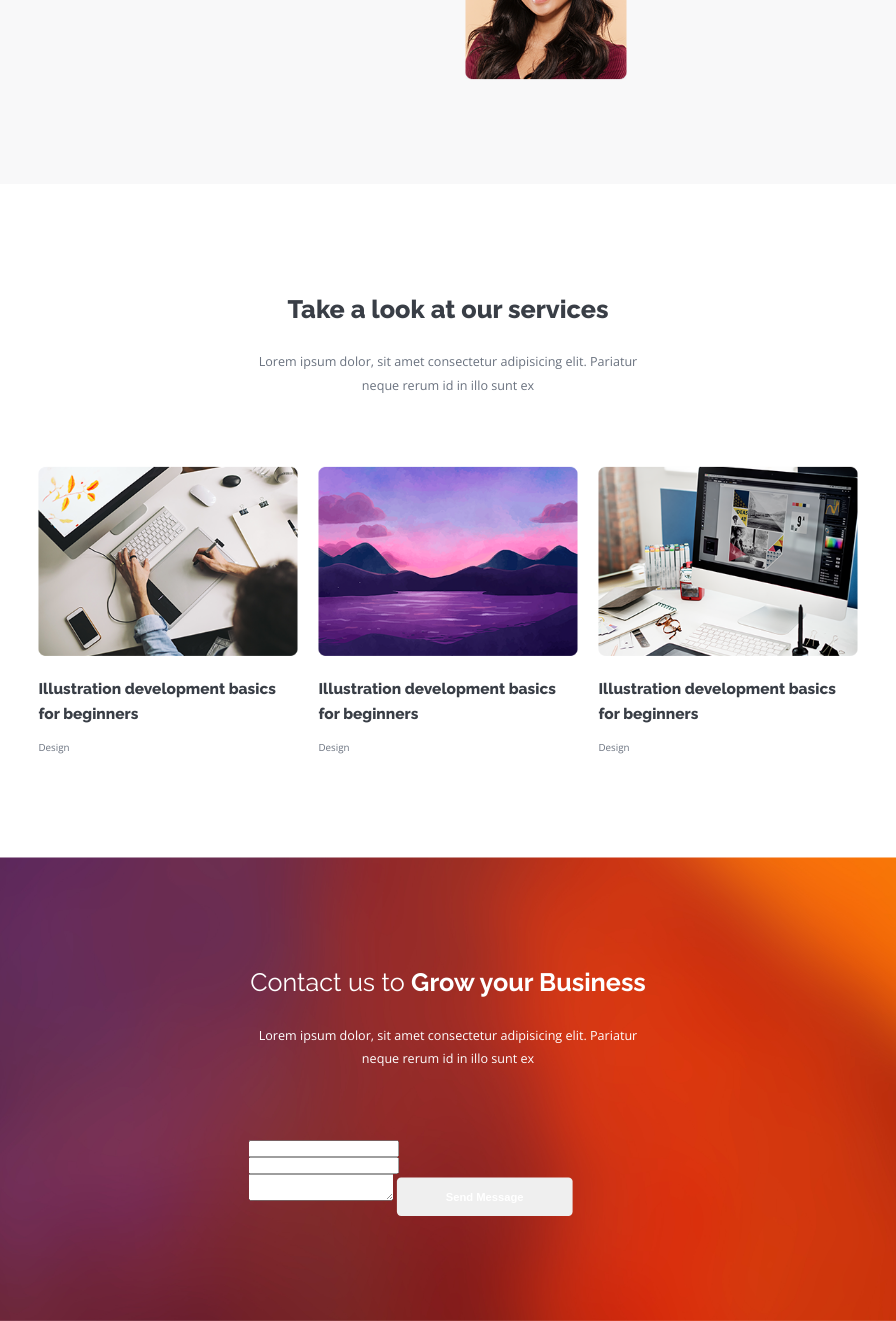
Repository: huydev0401/octavian-1
Page: index.html
An editor plug-in stored every save of this project. The page is shown before and after the next save, followed by the edit.
The browser window is 1280 px wide. The pictures show the part of the page from y = 4550 to 6470 px (the page is 6437 px tall before and 6470 px after), at 70% of full size.
The style sheet was rebuilt from its Sass, Less or Tailwind sources for each picture, by a compiler version that may differ from the author's.

Above is the page before, as saved 2021-09-02 15:28:46.

### index.html
<!DOCTYPE html>
<html lang="en">
  <head>
    <meta charset="UTF-8" />
    <meta http-equiv="X-UA-Compatible" content="IE=edge" />
    <meta name="viewport" content="width=device-width, initial-scale=1.0" />
    <title>Octavian 1</title>
    <link rel="preconnect" href="https://fonts.googleapis.com">
    <link rel="preconnect" href="https://fonts.gstatic.com" crossorigin>
    <link
        href="https://fonts.googleapis.com/css2?family=Open+Sans:ital,wght@0,300;0,400;0,600;1,700&family=Raleway:wght@400;600;700;800&display=swap"
        rel="stylesheet">
    <link href="https://unpkg.com/ionicons@4.5.10-0/dist/css/ionicons.min.css" rel="stylesheet">
    <link rel="stylesheet" href="./css/app.css">
  </head>
  <body>
    <div class="wrapper">
        <header class="header">
            <div class="container">
                <div class="header-main">
                    <a href="index.html" class="header-logo">
                        <img src="./images/logo.png" alt="">
                    </a>
                    <div class="navigation">
                        <span class="header-phone">
                            Phone: <a href="tel: +055 - 951 237 851">+055 - 951 237 851</a>
                        </span>
                        <img src="./images/icon-search.png" alt="" class="icon-search">
                        <img src="./images/icon-bars.png" alt="" class="menu-toogle">
                    </div>
                </div>
            </div>
        </header>
        <main class="main">
            <section class="hero">
                <img src="./images/img1.png" alt="" class="hero-image">
                <div class="hero-content">
                    <h2 class="hero-caption">
                        creative & digital
                    </h2>
                    <h1 class="hero-heading">
                        Agency
                    </h1>
                    <a href="#" class="hero-link">Purchase Now</a>
                </div>
            </section>
            <section class="portfolio">
                <div class="container">
                   <div class="portfolio-list">
                        <div class="portfolio-column">
                            <div class="portfolio-item">
                                <a href="#" class="portfolio-image">
                                    <img src="./images/img2.png" alt="">
                                </a>
                                <h3>
                                    <a class="portfolio-title title" href="#">Campaign of exhibition of architectural field</a>
                                </h3>
                                <span>
                                    <a href="#" class="portfolio-category text--small">Brand</a>
                                </span>
                            </div>
                            <div class="portfolio-item">
                                <a href="#" class="portfolio-image">
                                    <img src="./images/img3.png" alt="">
                                </a>
                                <h3>
                                    <a class="portfolio-title title" href="#">Campaign of exhibition of architectural field</a>
                                </h3>
                                <span>
                                    <a href="#" class="portfolio-category text--small">Brand</a>
                                </span>
                            </div>
                            <div class="portfolio-item">
                                <a href="#" class="portfolio-image">
                                    <img src="./images/img4.png" alt="">
                                </a>
                                <h3>
                                    <a class="portfolio-title title" href="#">Campaign of exhibition of architectural field</a>
                                </h3>
                                <span>
                                    <a href="#" class="portfolio-category text--small">Brand</a>
                                </span>
                            </div>
                        </div>
                        <div class="portfolio-column">
                            <div class="portfolio-item">
                                <a href="#" class="portfolio-image">
                                    <img src="./images/img5.png" alt="">
                                </a>
                                <h3>
                                    <a class="portfolio-title title" href="#">Campaign of exhibition of architectural field</a>
                                </h3>
                                <span>
                                    <a href="#" class="portfolio-category text--small">Brand</a>
                                </span>
                            </div>
                            <div class="portfolio-item">
                                <a href="#" class="portfolio-image">
                                    <img src="./images/img6.png" alt="">
                                </a>
                                <h3>
                                    <a class="portfolio-title title" href="#">Campaign of exhibition of architectural field</a>
                                </h3>
                                <span>
                                    <a href="#" class="portfolio-category text--small">Brand</a>
                                </span>
                            </div>
                            <div class="portfolio-item">
                                <a href="#" class="portfolio-image">
                                    <img src="./images/img7.png" alt="">
                                </a>
                                <h3>
                                    <a class="portfolio-title title" href="#">Campaign of exhibition of architectural field</a>
                                </h3>
                                <span>
                                    <a href="#" class="portfolio-category text--small">Brand</a>
                                </span>
                            </div>
                            <div class="portfolio-item">
                                <a href="#" class="portfolio-image">
                                    <img src="./images/img8.png" alt="">
                                </a>
                                <h3>
                                    <a class="portfolio-title title" href="#">Campaign of exhibition of architectural field</a>
                                </h3>
                                <span>
                                    <a href="#" class="portfolio-category text--small">Brand</a>
                                </span>
                            </div>
                        </div>
                        <div class="portfolio-column">
                            <div class="portfolio-item">
                                <a href="#" class="portfolio-image">
                                    <img src="./images/img9.png" alt="">
                                </a>
                                <h3>
                                    <a class="portfolio-title title" href="#">Campaign of exhibition of architectural field</a>
                                </h3>
                                <span>
                                    <a href="#" class="portfolio-category text--small">Brand</a>
                                </span>
                            </div>
                            <div class="portfolio-item">
                                <a href="#" class="portfolio-image">
                                    <img src="./images/img10.png" alt="">
                                </a>
                                <h3>
                                    <a class="portfolio-title title" href="#">Campaign of exhibition of architectural field</a>
                                </h3>
                                <span>
                                    <a href="#" class="portfolio-category text--small">Brand</a>
                                </span>
                            </div>
                            <div class="portfolio-item">
                                <a href="#" class="portfolio-image">
                                    <img src="./images/img11.png" alt="">
                                </a>
                                <h3>
                                    <a class="portfolio-title title" href="#">Campaign of exhibition of architectural field</a>
                                </h3>
                                <span>
                                    <a href="#" class="portfolio-category text--small">Brand</a>
                                </span>
                            </div>
                        </div>
                   </div>
                   <a href="#" class="btn btn--primary portfolio-link">Get Started</a>
                </div>
            </section>
            <section class="partner">
                <div class="container">
                    <div class="partner-list">
                        <a href="#" class="partner-item">
                            <img src="./images/logo1.png" alt="">
                        </a>
                        <a href="#" class="partner-item">
                            <img src="./images/logo2.png" alt="">
                        </a>
                        <a href="#" class="partner-item">
                            <img src="./images/logo3.png" alt="">
                        </a>
                        <a href="#" class="partner-item">
                            <img src="./images/logo4.png" alt="">
                        </a>
                        <a href="#" class="partner-item">
                            <img src="./images/logo5.png" alt="">
                        </a>
                        <a href="#" class="partner-item">
                            <img src="./images/logo6.png" alt="">
                        </a>
                        <a href="#" class="partner-item">
                            <img src="./images/logo7.png" alt="">
                        </a>
                        <a href="#" class="partner-item">
                            <img src="./images/logo8.png" alt="">
                        </a>
                    </div>
                </div>
            </section>
            <section class="team">
                <div class="container">
                   <div class="team-main">
                        <div class="team-content">
                            <h2 class="team-heading heading">
                                Our team will be Happy to help you
                            </h2>
                            <p class="team-desc text">
                                Lorem ipsum dolor sit amet consectetur adipisicing elit. Mollitia sapiente perferendis architecto repudiandae
                            </p>
                            <a href="#" class="btn btn--primary team-link">Get Started</a>
                        </div>
                        <div class="team-images">
                            <div class="team-column">
                                <a href="#" class="team-image">
                                    <img src="./images/team1.png" alt="">
                                </a>
                                <a href="#" class="team-image">
                                    <img src="./images/team2.png" alt="" class="team-image2">
                                </a>
                            </div>
                            <div class="team-column">
                                <a href="#" class="team-image">
                                    <img src="./images/team3.png" alt="">
                                </a>
                            </div>
                        </div>
                   </div>
                </div>
            </section>
            <section class="blog">
                <div class="container">
                    <div class="blog-header">
                        <h2 class="blog-heading heading">
                            Take a look at our services
                        </h2>
                        <p class="blog-desc text">
                            Lorem ipsum dolor, sit amet consectetur adipisicing elit. Pariatur neque rerum id in illo sunt ex
                        </p>
                    </div>
                    <div class="blog-content">
                        <div class="blog-item">
                            <a href="#" class="blog-image">
                                <img src="./images/blog1.png" alt="">
                            </a>
                            <h3>
                                <a href="#" class="blog-title title">
                                    Illustration development basics for beginners
                                </a>
                            </h3>
                            <a href="#" class="blog-category text--small">Design</a>
                        </div>
                        <div class="blog-item">
                            <a href="#" class="blog-image">
                                <img src="./images/blog2.png" alt="">
                            </a>
                            <h3>
                                <a href="#" class="blog-title title">
                                    Illustration development basics for beginners
                                </a>
                            </h3>
                            <a href="#" class="blog-category text--small">Design</a>
                        </div>
                        <div class="blog-item">
                            <a href="#" class="blog-image">
                                <img src="./images/blog3.png" alt="">
                            </a>
                            <h3>
                                <a href="#" class="blog-title title">
                                    Illustration development basics for beginners
                                </a>
                            </h3>
                            <a href="#" class="blog-category text--small">Design</a>
                        </div>
                    </div>
                </div>
            </section>
            <section class="contact">
                <div class="container">
                    <div class="contact-container">
                        <div class="contact-header">
                            <h2 class="contact-heading heading">
                                Contact us to <span>Grow your Business</span>
                            </h2>
                            <p class="contact-desc text">
                                Lorem ipsum dolor, sit amet consectetur adipisicing elit. Pariatur neque rerum id in illo sunt ex
                            </p>
                        </div>
                        <form class="contact-form">
                            <input type="text" class="contact-input">
                            <input type="email" class="contact-input">
                            <textarea class="contact-area"></textarea>
                            <button type="submit" class="btn btn-secondary">Send Message</button>
                        </form>
                    </div>
                </div>
            </section>
        </main>
    </div>
  </body>
</html>

### scss/app.scss
@import "variables";
@import "function";
@import "reset";
@import "base";
@import "header";
@import "hero";
@import "portfolio";
@import "partner";
@import "team";
@import "blog";
@import "contact";

### scss/_variables.scss
$primary-font: "Open Sans", sans-serif;
$secondary-font: "Raleway", sans-serif;
$gray: #393e46;
$gray-dark: #282f3a;
$gray-darkest: #252b36;
$gray-light: #6a727f;
$gray-lightest: #f8f8f9;
$blue-color: #4a44f2;

### scss/_function.scss
@use 'sass:math';
@function lineH($s, $h) {
  @return math.div($s, $h);
} ;

### scss/_base.scss
*,
*:before,
*:after {
  box-sizing: border-box;
}
/* using rem unit */
html {
  font-size: 62.5%;
  scroll-behavior: smooth;
}
a {
  text-decoration: none;
}
img {
  display: block;
  max-width: 100%;
}
body {
  font-family: $primary-font;
  font-size: 18px;
  line-height: 1;
}
input,
button,
textarea,
select {
  outline: none;
  font-family: "Poppins", sans-serif;
  font-size: 16px;
  line-height: 1;
}
input {
  line-height: normal;
}
button {
  cursor: pointer;
}

h1,
h2,
h3,
h4,
h5,
h6 {
  font-family: $secondary-font;
}

.wrapper {
  max-width: 1920px;
  margin: 0 auto;
}

.container {
  max-width: 1200px;
  margin: 0 auto;
  padding-left: 15px;
  padding-right: 15px;
}

.heading {
  font-size: 36px;
  font-weight: 800;
  line-height: lineH(56, 36);
  margin-bottom: 30px;
  color: $gray;
}

.title {
  display: block;
  font-size: 22px;
  line-height: lineH(35, 22);
  color: $gray;
  font-weight: 800;
  margin-bottom: 20px;
  margin-top: 30px;
}

.text {
  display: block;
  font-weight: 400;
  color: $gray-light;
  line-height: lineH(34, 18);
  &--small {
    font-size: 14px;
    color: $gray-light;
  }
}

.btn {
  border: none;
  outline: none;
  cursor: pointer;
  display: inline-flex;
  align-items: center;
  justify-content: center;
  height: 55px;
  padding-left: 70px;
  padding-right: 70px;
  border-radius: 6px;
  color: #fff;
  font-weight: 600;
  font-size: 16px;
  &--primary {
    background-color: $blue-color;
  }
}

### scss/_header.scss
.header {
  &-main {
    padding: 40px 0;
    display: flex;
    align-items: center;
    justify-content: space-between;
  }
  &-logo {
    display: inline-block;
  }
  &-phone {
    display: inline-block;
    font-size: 16px;
    font-weight: 300;
    color: $gray;
    a {
      font-weight: 600;
      color: inherit;
      margin-left: 20px;
    }
  }
}

.navigation {
  display: flex;
  align-items: center;
  gap: 0 70px;
}

### scss/_hero.scss
.hero {
  margin-bottom: 200px;
  position: relative;
  &-image {
    margin-left: auto;
    max-width: 65%;
  }
  &-content {
    position: absolute;
    z-index: 2;
    left: 18.75%;
    top: 50%;
    transform: translateY(-50%);
    color: $gray;
  }
  &-caption {
    font-size: 72px;
    font-weight: 600;
    margin-bottom: 20px;
  }
  &-heading {
    font-size: 150px;
    font-weight: 800;
    text-transform: uppercase;
    margin-bottom: 40px;
  }
  &-link {
    color: $gray-light;
    text-decoration: underline;
  }
}

### scss/_portfolio.scss
.portfolio {
  margin-bottom: 150px;
  &-list {
    display: grid;
    grid-template-columns: repeat(3, 1fr);
    grid-gap: 0 90px;
    margin-bottom: 100px;
  }
  &-column {
    display: flex;
    align-items: center;
    flex-direction: column;
    gap: 90px 0;
  }
  &-link {
    position: relative;
    left: 50%;
    transform: translateX(-50%);
  }
}

### scss/_partner.scss
.partner {
  padding: 150px 0;
  &-list {
    display: grid;
    grid-template-columns: repeat(4, 1fr);
    grid-gap: 100px 0;
  }
  &-item {
    display: flex;
    justify-content: center;
    align-items: center;
    padding: 0 45px;
    transition: all 0.2s linear;
    &:hover {
      opacity: 0.3;
    }
  }
}

### scss/_team.scss
.team {
  padding: 150px 0;
  background-color: $gray-lightest;
  &-main {
    display: flex;
    align-items: center;
    gap: 0 100px;
  }
  &-content {
    max-width: 370px;
  }
  &-desc {
    margin-bottom: 50px;
  }
  &-images {
    max-width: 670px;
    display: flex;
    align-items: center;
    gap: 0 30px;
  }
  &-image2 {
    margin: 30px 0 0 auto;
  }
}

### scss/_blog.scss
.blog {
  padding: 150px 0;
  &-header {
    max-width: 570px;
    margin: 0 auto 100px;
    text-align: center;
  }
  &-content {
    display: grid;
    grid-template-columns: repeat(3, 1fr);
    grid-gap: 0 30px;
  }
}

### scss/_contact.scss
.contact {
  padding: 150px 0;
  background: url("../images/contact-bg.png") no-repeat center / cover;
  &-container {
    max-width: 570px;
    margin: 0 auto;
  }
  &-header {
    text-align: center;
    margin-bottom: 100px;
  }
  &-heading {
    font-weight: 400;
    span {
      font-weight: 700;
    }
  }
  &-heading,
  &-desc {
    color: #fff;
  }
  .contact-input {
    display: block;
  }
}

Loaded but not shown: scss/_reset.scss (common file)

After the next save:
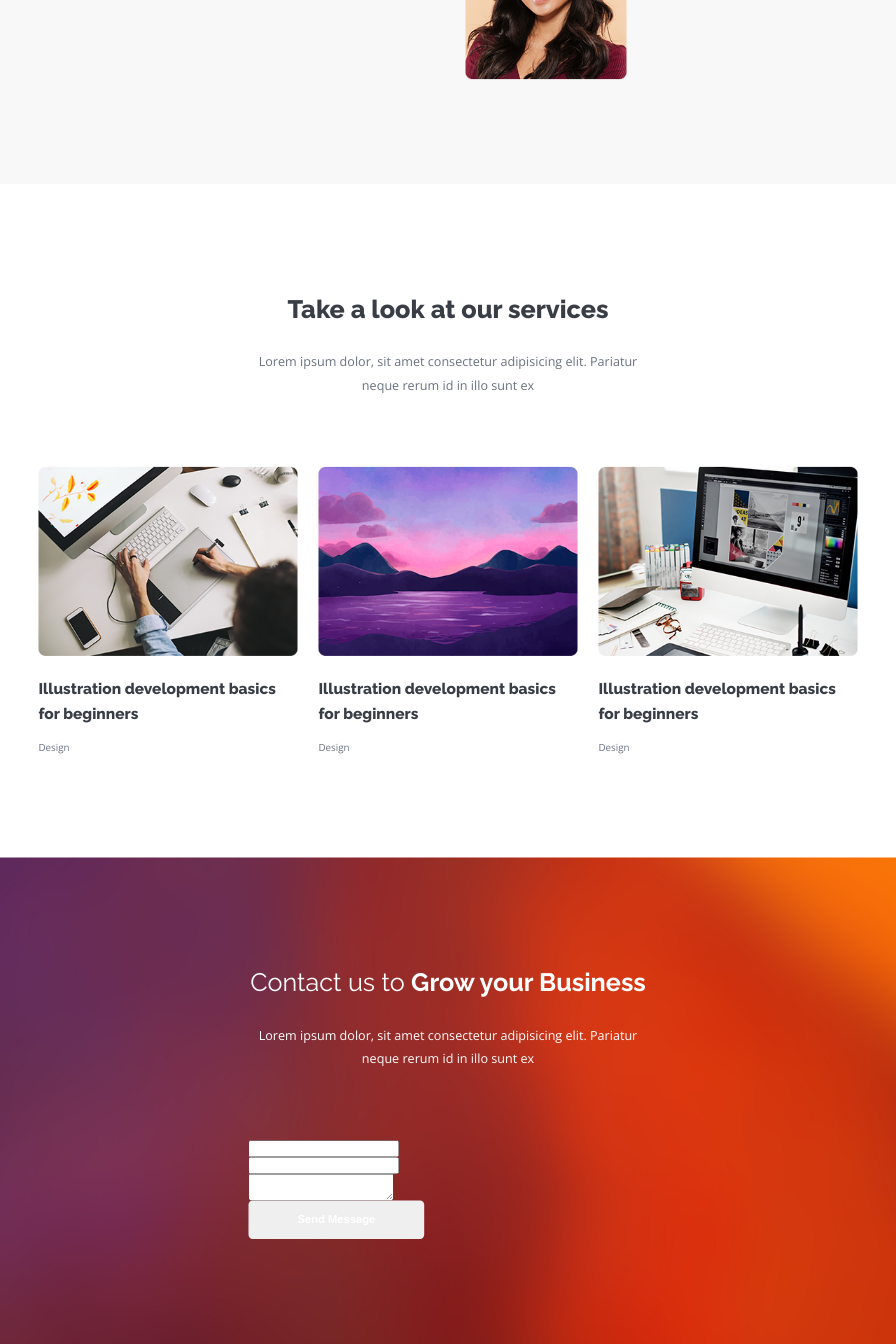
Saved 11 s later.
--- a/scss/_contact.scss
+++ b/scss/_contact.scss
@@ -19,7 +19,8 @@
   &-desc {
     color: #fff;
   }
-  .contact-input {
+  .contact-input,
+  .contact-area {
     display: block;
   }
 }
